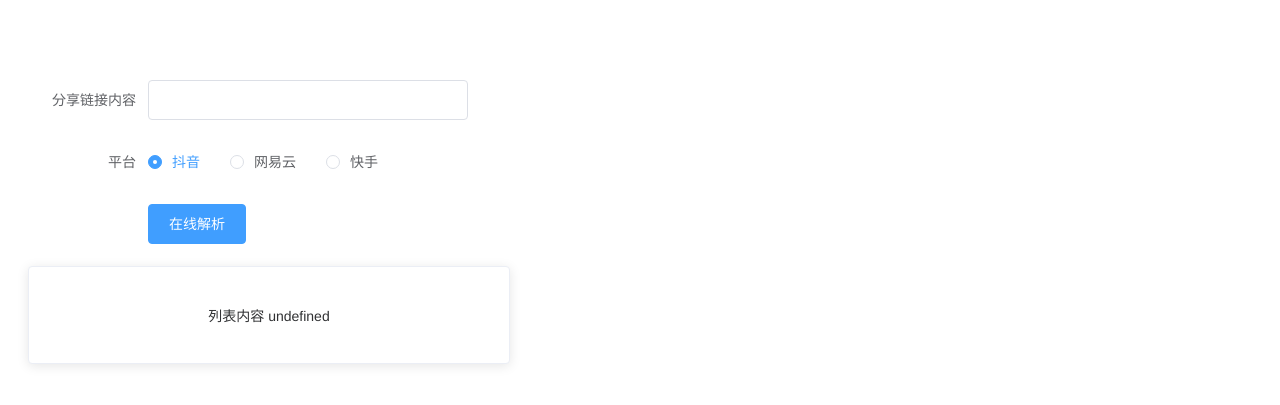
Repository: lyln/freepd
Page: / (app in frontend/freepd/)
These files come from the project's save history. The page is drawn as it stood at one moment and after the next save; the edit follows.
The browser window is 1280 px wide. The pictures show the whole page.
The project was rebuilt for these pictures with package versions that can differ from the ones it lists, and the page was loaded fresh each time.

Above is the page before, as saved 2022-05-22 22:45:31.

### frontend/freepd/index.html
<!DOCTYPE html>
<html>
  <head>
    <meta charset="utf-8">
    <meta name="viewport" content="width=device-width,initial-scale=1.0">
    <title>freepd</title>
  </head>
  <body>
    <div id="app"></div>
    <!-- built files will be auto injected -->
  </body>
</html>

### frontend/freepd/src/main.js
// The Vue build version to load with the `import` command
// (runtime-only or standalone) has been set in webpack.base.conf with an alias.
import Vue from 'vue'
import App from './App'
import router from './router'
import ElementUI from 'element-ui';
import 'element-ui/lib/theme-chalk/index.css';

Vue.config.productionTip = false
Vue.use(ElementUI)

/* eslint-disable no-new */
new Vue({
  el: '#app',
  router,
  components: { App },
  template: '<App/>'
})

### frontend/freepd/src/App.vue
<template>
	<div id="app">
		<router-view />
	</div>
</template>

<script>
export default {
	name: 'App',
}
</script>

<style>
#app {
	font-family: 'Avenir', Helvetica, Arial, sans-serif;
	-webkit-font-smoothing: antialiased;
	-moz-osx-font-smoothing: grayscale;
	text-align: center;
	color: #2c3e50;
	margin-top: 60px;
}
</style>

### frontend/freepd/src/components/HelloWorld.vue
<template>
	<el-container>
		<el-main style="wide: 80%">
			<el-row>
				<el-col :span="24">
					<div class="grid-content bg-purple-dark"></div>

					<el-form ref="form" :model="form" label-width="120px" class="fpd-form">
						<el-form-item label="分享链接内容">
							<el-input v-model="form.url"></el-input>
						</el-form-item>
						<el-form-item label="平台" label-width="120px">
							<el-radio-group v-model="form.type">
								<el-radio :label="1">抖音</el-radio>
								<el-radio :label="2">网易云</el-radio>
								<el-radio :label="3">快手</el-radio>
							</el-radio-group>
						</el-form-item>
						<el-form-item>
							<el-button type="primary" @click="onSubmit">在线解析</el-button>
						</el-form-item>
					</el-form>

					<el-card class="box-card">
						<div class="text item">
							{{'列表内容 ' + data.video }}
						</div>
					</el-card>
				</el-col>
			</el-row>
		</el-main>
	</el-container>

</template>
<script>
import axios from 'axios'
export default {
	name: 'HelloWorld',
	data() {
		return {
			msg: 'free parse download',
			form: {
				url: '',
				type: 1,
			},
			data: {},
		}
	},
	methods: {
		onSubmit() {
			console.log('submit!')
			axios
				.post('http://127.0.0.1:8000/douyin', { url: this.form.url })
				.then((res) => {
					console.log(res.data)
					data = res.data
				})
				.catch((err) => {
					console.log('请求失败', err)
				})
		},
	},
}
</script>

<!-- Add "scoped" attribute to limit CSS to this component only -->
<style scoped>
h1,
h2 {
	font-weight: normal;
}
ul {
	list-style-type: none;
	padding: 0;
}
li {
	display: inline-block;
	margin: 0 10px;
}
a {
	color: #42b983;
}
.el-input {
	width: 320px;
}

.fpd-form {
	text-align: left;
}

.text {
	font-size: 14px;
}

.item {
	padding: 18px 0;
}

.box-card {
	width: 480px;
}
</style>

Loaded but not shown: frontend/freepd/src/router/index.js (common file)

After the next save:
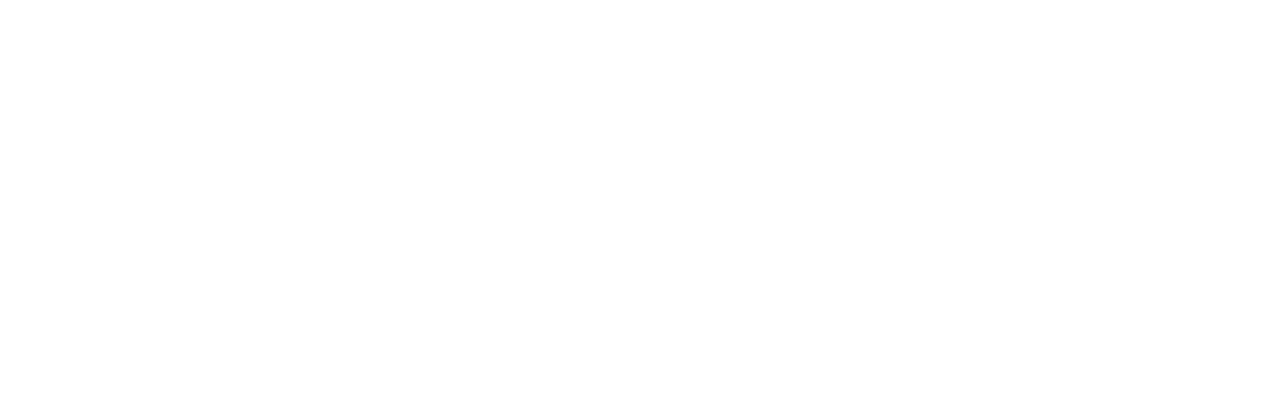
Saved 6 min 53 s later.
--- a/frontend/freepd/src/components/HelloWorld.vue
+++ b/frontend/freepd/src/components/HelloWorld.vue
@@ -43,7 +43,7 @@
 				url: '',
 				type: 1,
 			},
-			data: {},
+			data: { Null },
 		}
 	},
 	methods: {

After the save that followed:
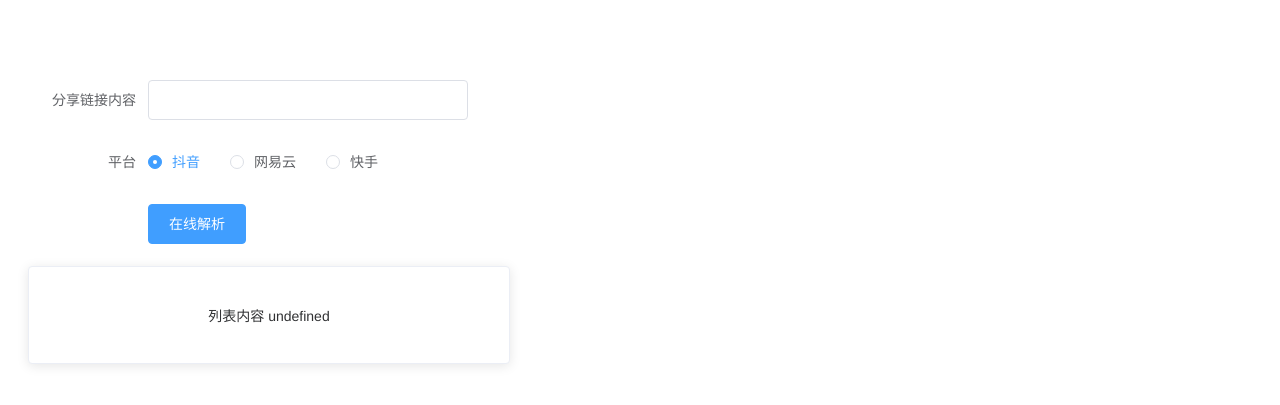
Saved 20 s later.
--- a/frontend/freepd/src/components/HelloWorld.vue
+++ b/frontend/freepd/src/components/HelloWorld.vue
@@ -43,7 +43,7 @@
 				url: '',
 				type: 1,
 			},
-			data: { Null },
+			data: {},
 		}
 	},
 	methods: {
